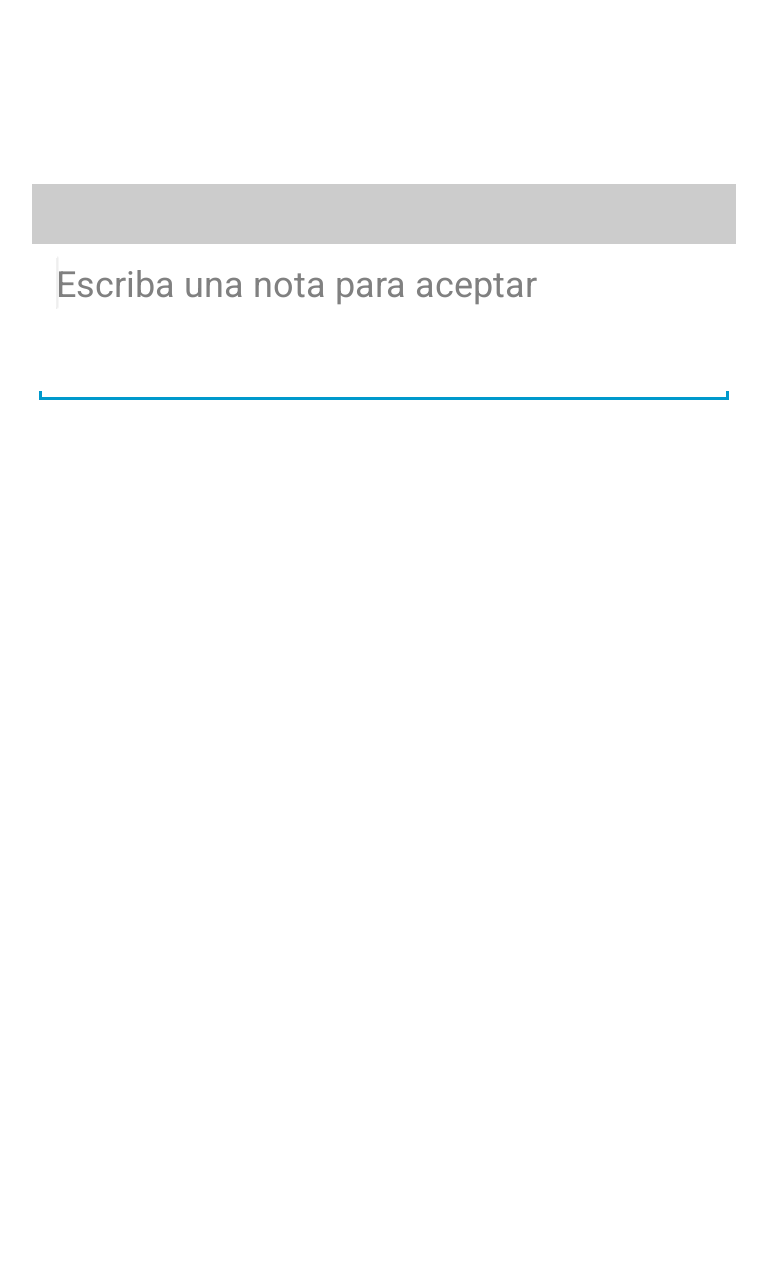
Repository: G3rcar/Android-I
Layout: Clase04Mantenimiento/res/layout/activity_result.xml
An editor plug-in stored every save of this project. The layout is shown before and after the next save, followed by the edit.
It is drawn on a 768 x 1280 px phone screen (xhdpi) without system bars, with theme AppTheme; the app's code is not run.

Above is the layout before, as saved 2013-10-30 13:25:57.

### Clase04Mantenimiento/res/layout/activity_result.xml
<LinearLayout xmlns:android="http://schemas.android.com/apk/res/android"
    xmlns:tools="http://schemas.android.com/tools"
    android:id="@+id/LinearLayout1"
    android:layout_width="match_parent"
    android:layout_height="match_parent"
    android:orientation="vertical"
    android:paddingBottom="@dimen/activity_vertical_margin"
    android:paddingLeft="@dimen/activity_horizontal_margin"
    android:paddingRight="@dimen/activity_horizontal_margin"
    android:paddingTop="@dimen/activity_vertical_margin"
    tools:context=".ResultActivity" >

    <LinearLayout
        android:layout_width="match_parent"
        android:layout_height="wrap_content" >

        <TextView
            android:id="@+id/txvFistName"
            android:layout_width="wrap_content"
            android:layout_height="wrap_content" />

        <TextView
            android:id="@+id/txvLastName"
            android:layout_width="wrap_content"
            android:layout_height="wrap_content" />

    </LinearLayout>

    <TextView
        android:id="@+id/txvEmail"
        android:layout_width="wrap_content"
        android:layout_height="wrap_content" />

    <TextView
        android:id="@+id/txvEdad"
        android:layout_width="wrap_content"
        android:layout_height="wrap_content" />

    <TextView
        android:id="@+id/txvDepartamento"
        android:layout_width="wrap_content"
        android:layout_height="wrap_content" />

    <View
        android:layout_width="wrap_content"
        android:layout_height="30dp"
        android:background="#33000000"
        />

    <EditText
        android:id="@+id/edtNote"
        android:layout_width="match_parent"
        android:layout_height="wrap_content"
        android:ems="10"
        android:gravity="top|left"
        android:hint="@string/hintNota"
        android:inputType="textMultiLine"
        android:lines="3"
        android:maxLength="150"
        android:maxLines="3" >

        <requestFocus />
    </EditText>

</LinearLayout>

### Clase04Mantenimiento/res/values/strings.xml
<?xml version="1.0" encoding="utf-8"?>
<resources>

    <string name="app_name">Clase04 Mantto</string>
    <string name="action_settings">Settings</string>
    <string name="hello_world">Hello world!</string>
    <string name="lblPrimerNombre">Primer nombre</string>
    <string name="lblPrimerApellido">Primer apellido</string>
    <string name="lblCorreo">Correo Electrónico</string>
    <string name="lblEdad">Edad</string>
    <string name="lblDepartamento">Departamento</string>
    <string name="btnGuardar">Guardar</string>
    <string name="btnEnviar">Enviar</string>

    <string-array name="arrDepartamentos">
        <item>Ahuachapán</item>
        <item>Sonsonate</item>
        <item>Santa Ana</item>
        <item>Chalatenango</item>
        <item>La Libertad</item>
        <item>San Salvador</item>
        <item>Cuscatlán</item>
        <item>La Paz</item>
        <item>San Vicente</item>
        <item>Morazán</item>
        <item>San Miguel</item>
        <item>La Unión</item>
        <item>Cabañas</item>
        <item>Usulután</item>
    </string-array>

    <string name="title_activity_result">Resultado</string>

    <string name="hintNota">Escriba una nota para aceptar</string>

</resources>

Loaded but not shown: Clase04Mantenimiento/res/values/styles.xml (common file); Clase04Mantenimiento/res/values-v11/styles.xml (common file); Clase04Mantenimiento/res/values-v14/styles.xml (common file); Clase04Mantenimiento/res/values/dimens.xml (common file)

After the next save:
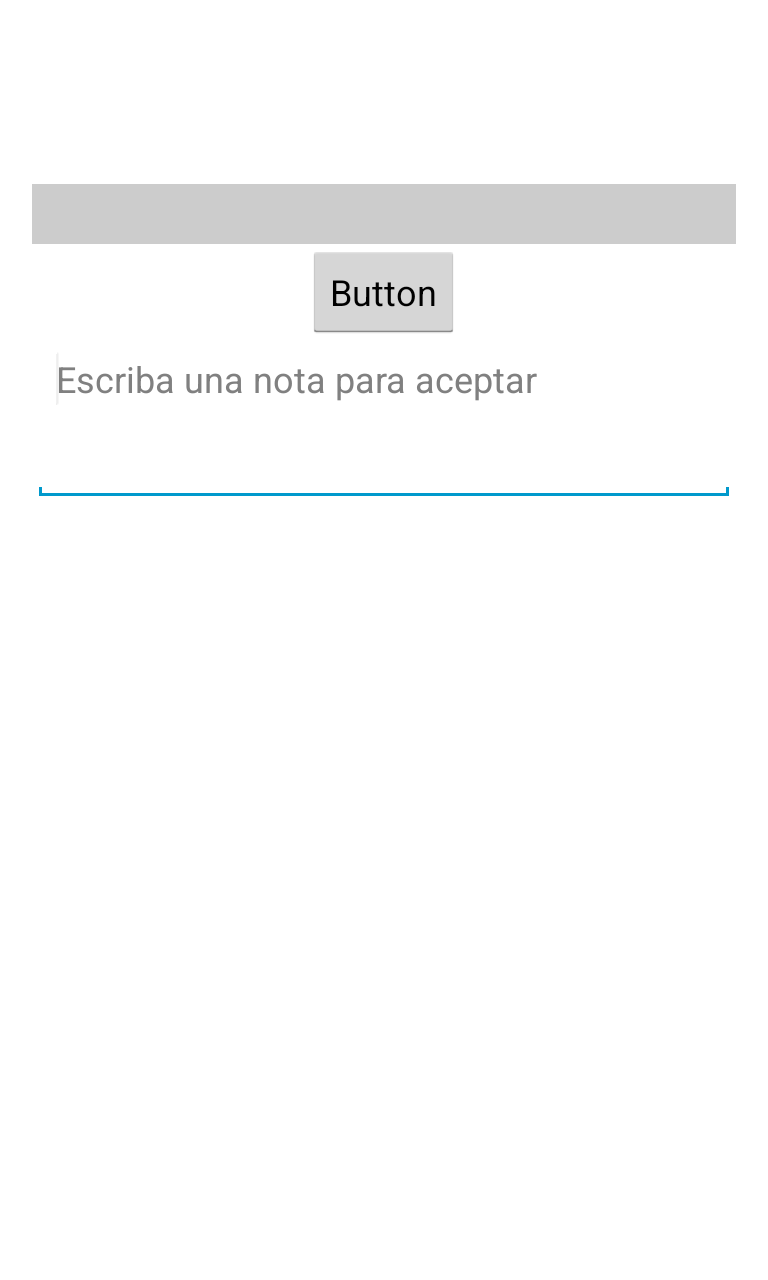
Saved 6 min 38 s later.
--- a/Clase04Mantenimiento/res/layout/activity_result.xml
+++ b/Clase04Mantenimiento/res/layout/activity_result.xml
@@ -47,6 +47,13 @@
         android:background="#33000000"
         />
 
+    <Button
+        android:id="@+id/button1"
+        android:layout_width="wrap_content"
+        android:layout_height="wrap_content"
+        android:layout_gravity="center_horizontal"
+        android:text="Button" />
+
     <EditText
         android:id="@+id/edtNote"
         android:layout_width="match_parent"
